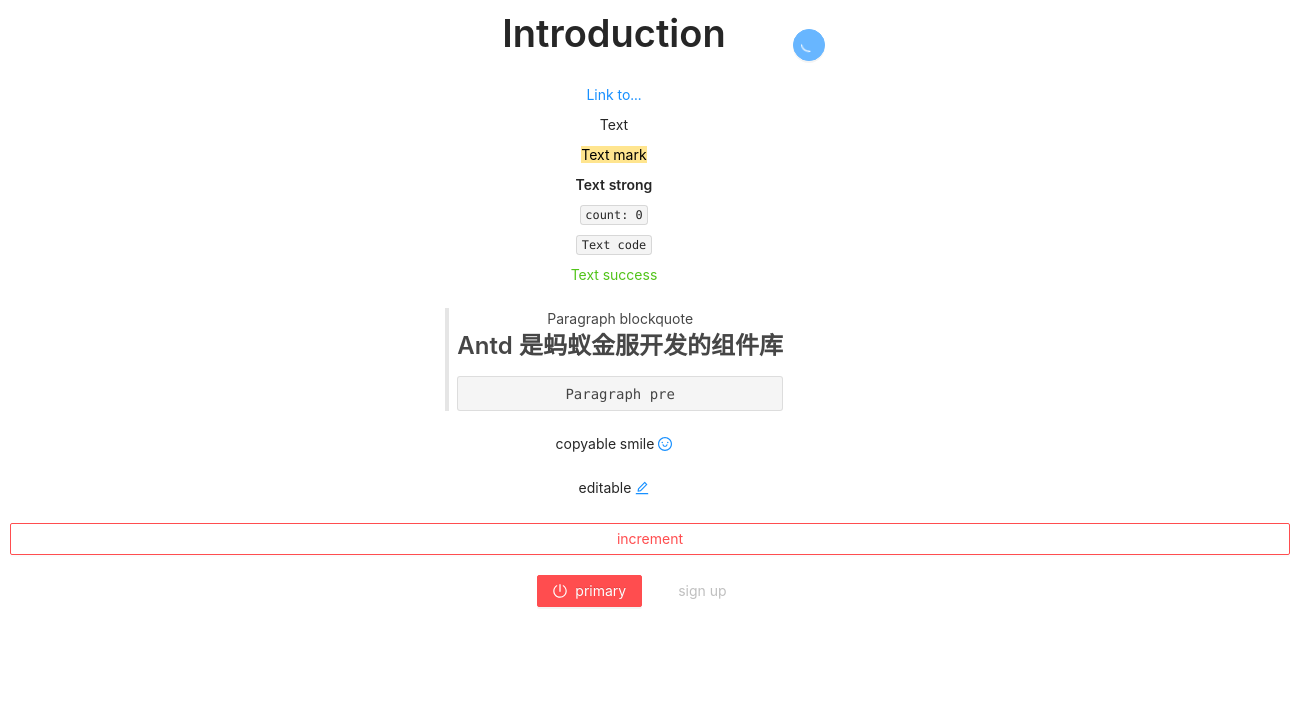
Repository: ErosHai/antd-demo
Page: /
The author's editor kept a copy of each file at every save. The page is drawn from the files as they stood at one save, then again after the next save.
The browser window is 1280 px wide. The page is 1300 px wide, so the pictures cover 1300 px, including what lies to the right of the window. The pictures show the whole page.
The project was rebuilt for these pictures with package versions that can differ from the ones it lists, and the page was loaded fresh each time.

Above is the page before, as saved 2022-04-12 16:18:01.

After the next save:
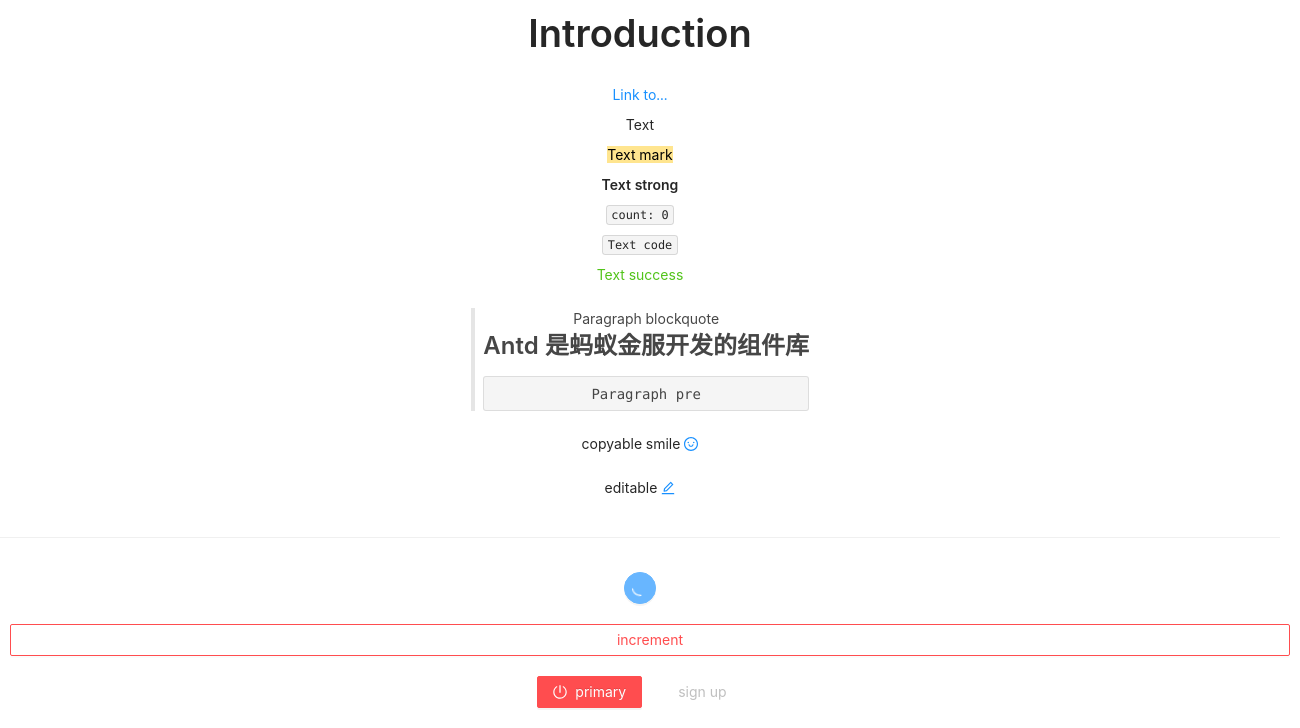
Saved 18 s later.
--- a/src/App.js
+++ b/src/App.js
@@ -46,6 +46,7 @@ function App() {
 				</Paragraph>
 			</Space>
 
+			<Divider />
 			<Tooltip title="search">
 				<Button
 					type="primary"
